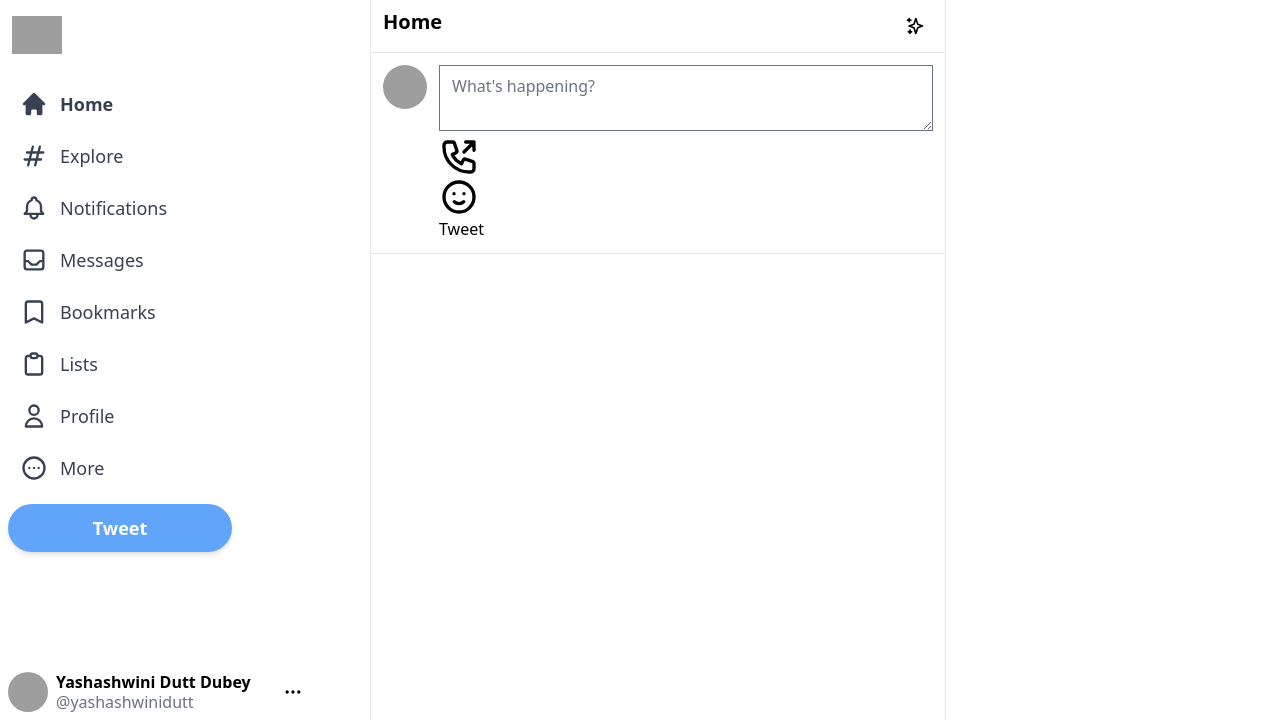
Repository: Yashashwinidutt/twitter
Page: /
An editor plug-in stored every save of this project. The page is shown before and after the next save, followed by the edit.
The browser window is 1280 px wide. The pictures show the whole page.
Pictures or frames that could not be fetched are drawn as grey boxes. The project was rebuilt for these pictures with package versions that can differ from the ones it lists, and the page was loaded fresh each time. The framework's server and built-in components were replaced by stand-ins that run in the browser. Also part of the build but not shown: next.config.js.

Above is the page before, as saved 2023-02-28 11:52:16.

After the next save:
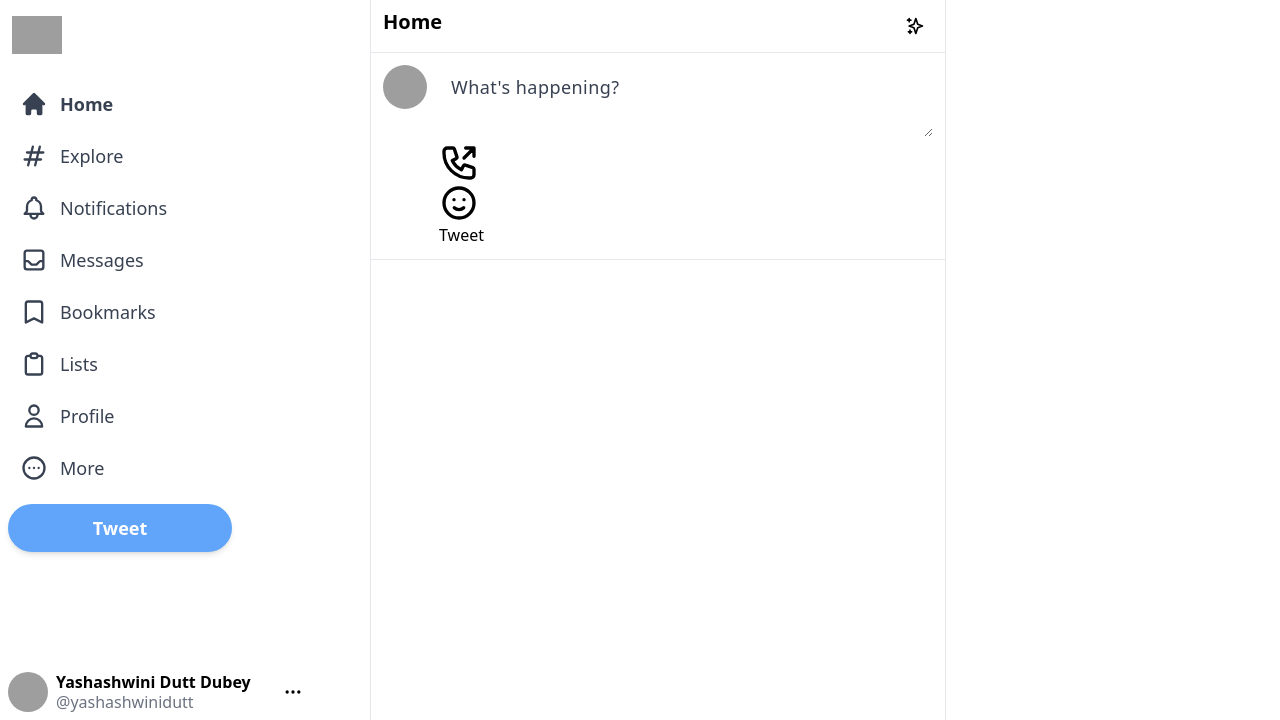
Saved 2 min 54 s later.
--- a/components/Input.js
+++ b/components/Input.js
@@ -7,7 +7,7 @@
         <img width="50" src="https://cdn.shopify.com/s/files/1/0467/5878/9279/products/2_da0f83d1-d83f-4209-836e-306ddbbd7845.jpg" alt="error" className="h-11 w-11 rounded-full cursor-pointer hover:brightness-95"/>
         <div className="w-full">
           <div className="">
-              <textarea rows="2" className="w-full" placeholder="What's happening?"></textarea>
+              <textarea rows="2" className="w-full border-none focus:ring-0 text-lg placeholder-gray-700 tracking-wide min-h-[50px] text-gray-700" placeholder="What's happening?"></textarea>
            </div>
         <div className="">
             <div className="">
